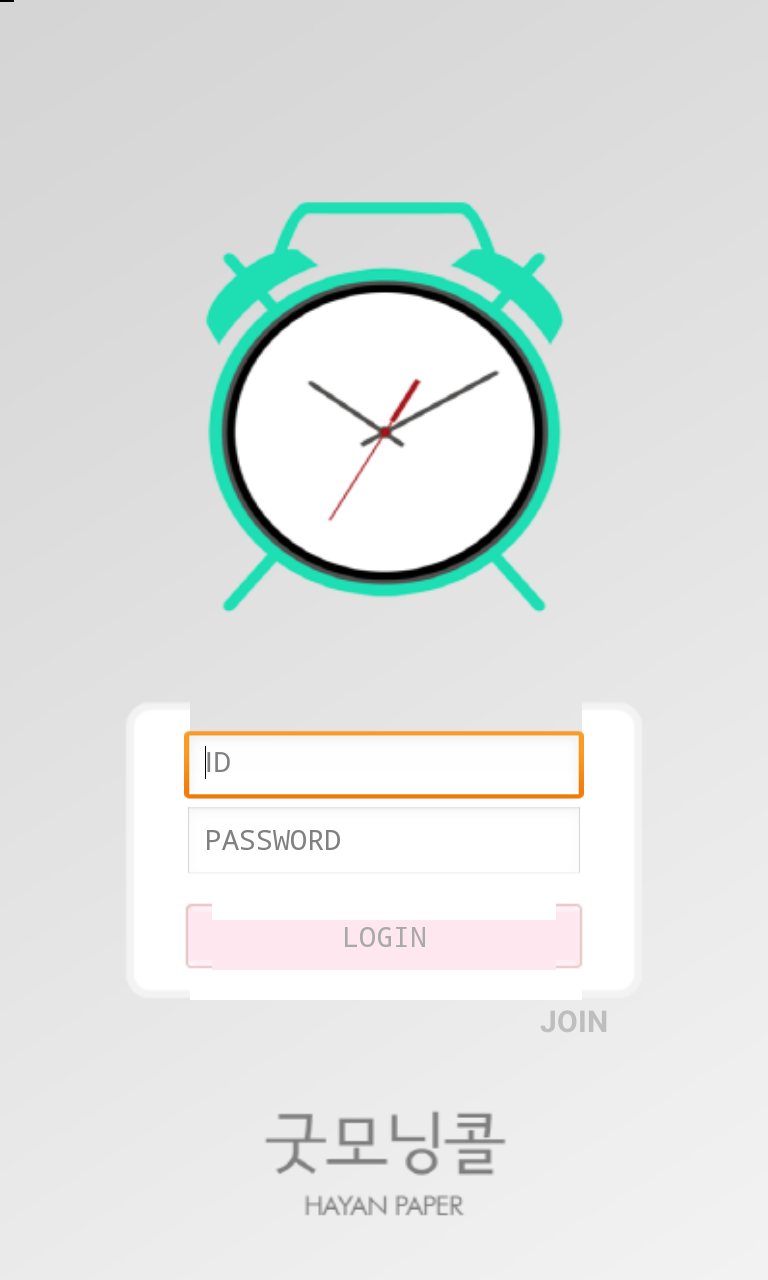
Repository: blacky512/smart_morning_call
Layout: client/SmartMorningCall/res/layout/login_activity.xml
An editor plug-in stored every save of this project. The layout is shown before and after the next save, followed by the edit.
It is drawn on a 768 x 1280 px phone screen (xhdpi) without system bars, with theme android:Theme.NoTitleBar; the app's code is not run.

Above is the layout before, as saved 2013-02-25 17:15:09.

After the next save:
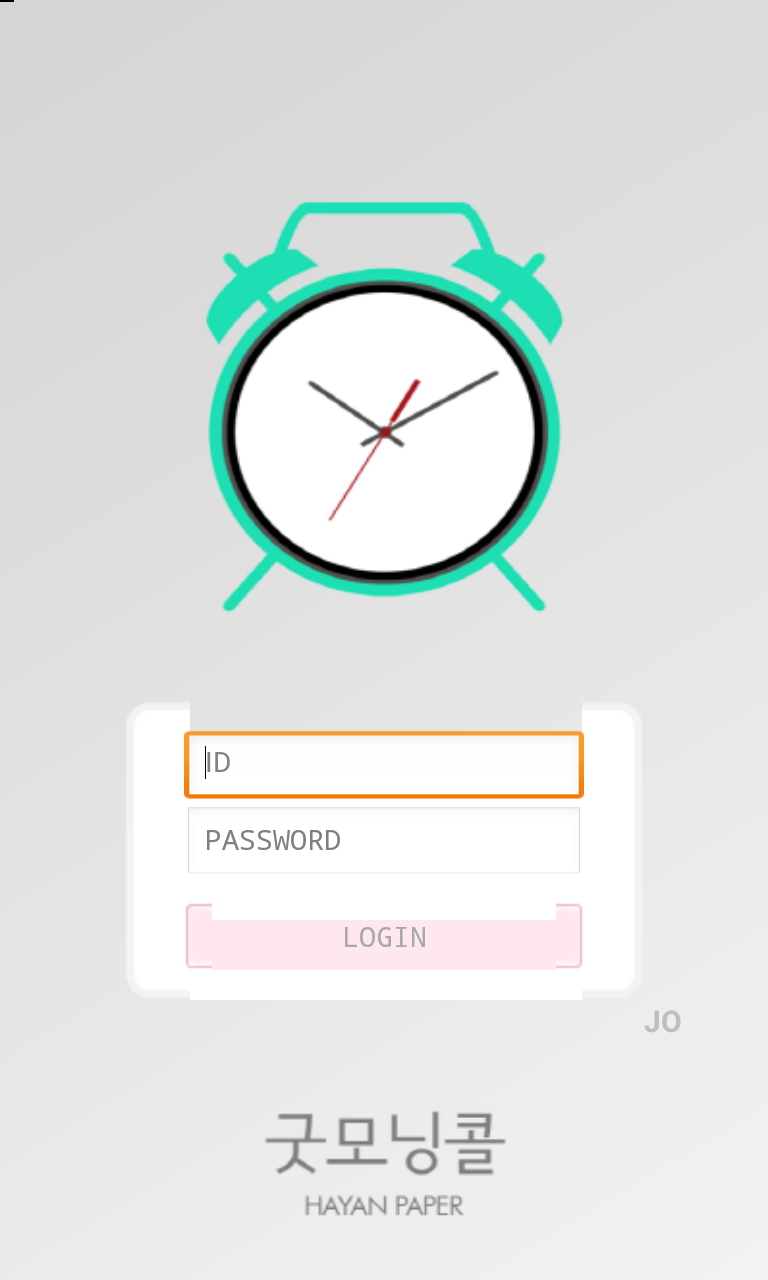
Saved 8 min 59 s later.
--- a/client/SmartMorningCall/res/layout/login_activity.xml
+++ b/client/SmartMorningCall/res/layout/login_activity.xml
@@ -89,16 +89,22 @@
         </RelativeLayout>
     </RelativeLayout>
 
-    <TextView
-        android:id="@+id/join"
-        android:layout_width="wrap_content"
-        android:layout_height="wrap_content"
-        android:layout_alignRight="@+id/subRL"
+    <RelativeLayout
+        android:layout_width="40dp"
+        android:layout_height="20dp"
         android:layout_below="@+id/subRL"
-        android:layout_marginRight="18dp"
-        android:clickable="true"
-        android:text="JOIN"
-        android:textSize="15sp"
-        android:textStyle="bold" />
+        android:layout_toRightOf="@+id/subRL" >
+
+        <TextView
+            android:id="@+id/join"
+            android:layout_width="wrap_content"
+            android:layout_height="wrap_content"
+            android:layout_marginRight="18dp"
+            android:clickable="true"
+            android:text="JOIN"
+            android:textSize="15sp"
+            android:textStyle="bold" />
+
+    </RelativeLayout>
 
 </RelativeLayout>
